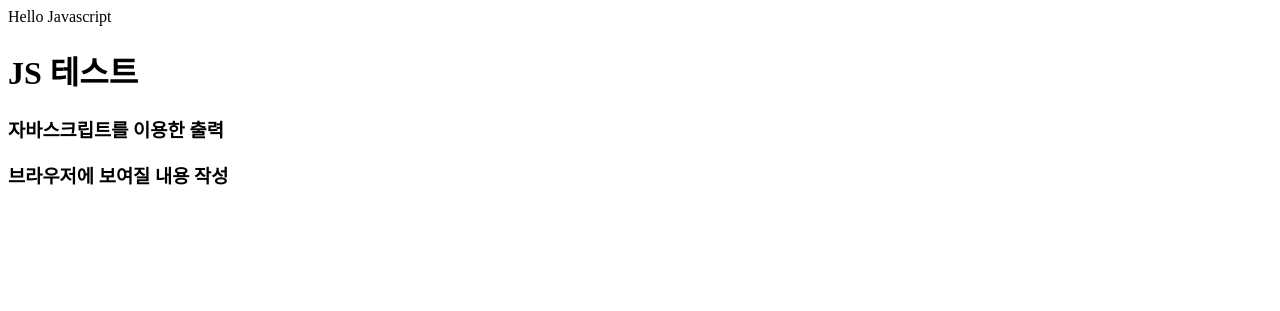
Repository: Baechangho/JavaBasic
Page: workspace_web/Front/src/main/webapp/js/js_01.html
The author's editor kept a copy of each file at every save. The page is drawn from the files as they stood at one save, then again after the next save.
The browser window is 1280 px wide. The pictures show the whole page.

Above is the page before, as saved 2023-08-04 00:42:47.

After the next save:
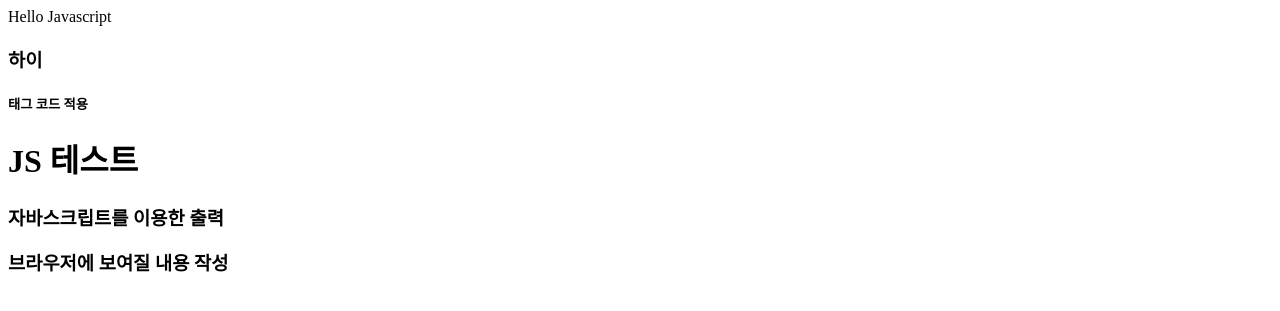
Saved 87 s later.
--- a/workspace_web/Front/src/main/webapp/js/js_01.html
+++ b/workspace_web/Front/src/main/webapp/js/js_01.html
@@ -26,6 +26,8 @@ alert('Hi'); */
 //출력2. <body>영역에 출력하기
 
 document.write('Hello Javascript')
+document.write('<h3>하이</h3>')
+document.write('<h5>태그 코드 적용</h5>')
 
 
 
